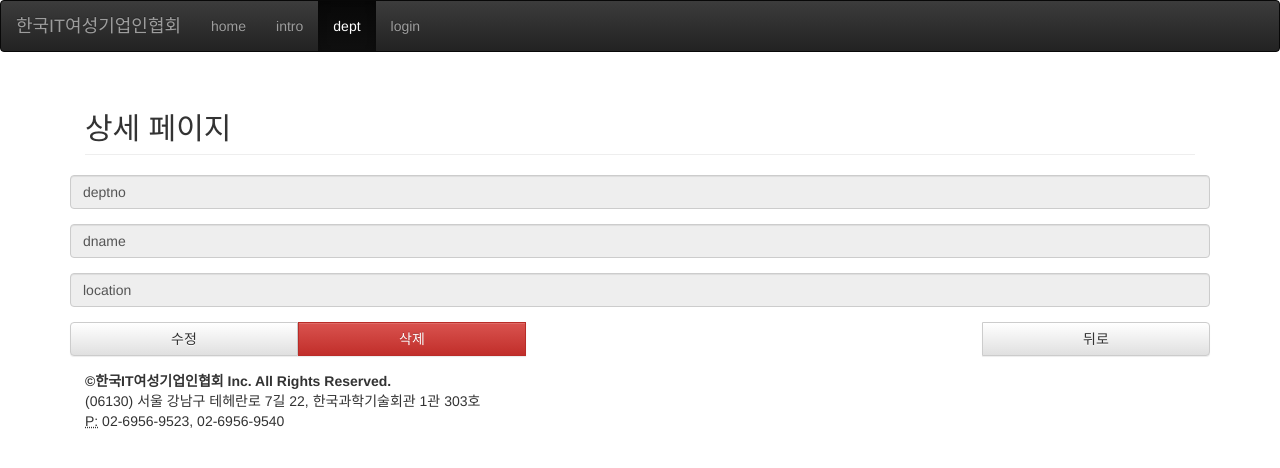
Repository: minho00123/sw-professional-training
Page: http://localhost/sts08/WEB-INF/views/dept/dept.jsp
These files come from the project's save history. The page is drawn as it stood at one moment and after a run of saves; the edit follows.
The browser window is 1280 px wide. The pictures show the whole page.
After loading, the first visible `a.btn` was clicked once.
The page is served by Tomcat 9. Nobody is signed in. The template is opened directly, without the code that normally fills it, so the values that code supplies are empty.

Above is the page before, as saved 2025-05-21 03:14:23.
Console error (its wording comes from the project's code and is left out).

After the next 2 saves:
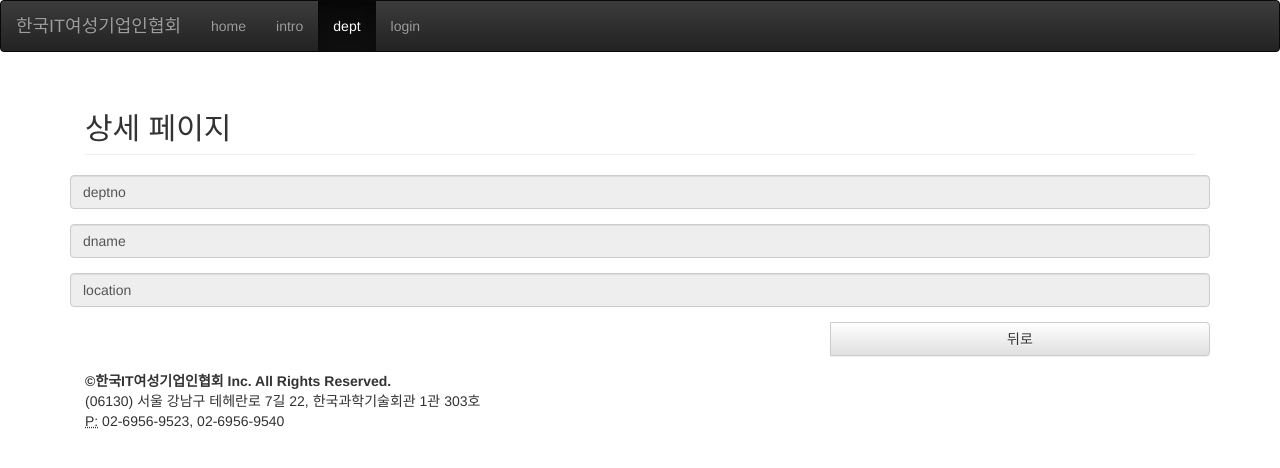
The 2 saves are shown as one change because they came seconds apart.
The last was saved 28 s later.
--- a/stsWorkspace/sts08/src/main/webapp/WEB-INF/views/dept/dept.jsp
+++ b/stsWorkspace/sts08/src/main/webapp/WEB-INF/views/dept/dept.jsp
@@ -45,8 +45,9 @@
 		$(function() {
 			$('form .btn-group>button').eq(0).hide();
 			$('form .btn-group>button').eq(1).hide();
-			$('form .btn-group>a').eq(0).click(function() {
-
+			$('form .btn-group>a').eq(0).click(function(e) {
+				$('form .btn-group>a').hide();
+				return false;
 			});
 		});
 	</script>
